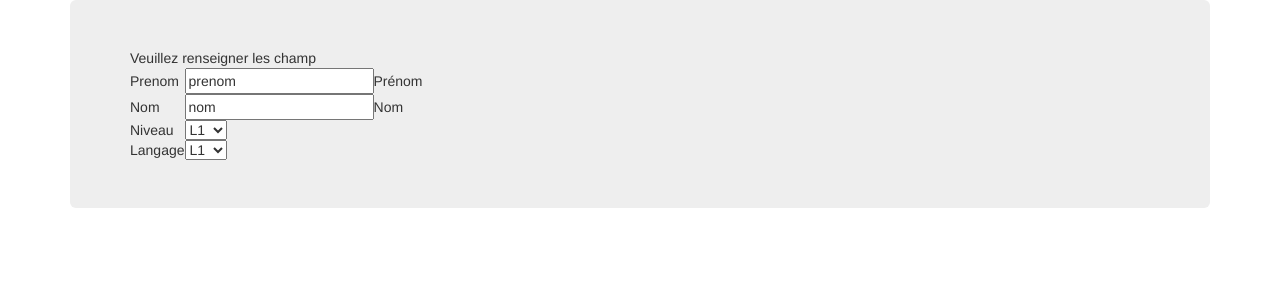
Repository: imouahrani/Gestion-des-stagiaires_JAVAEE
Page: http://localhost/Espace_Stagiaire/test3.jsp
An editor plug-in stored every save of this project. The page is shown before and after the next save, followed by the edit.
The browser window is 1280 px wide. The pictures show the whole page.
The page is served by Tomcat 9. Other server files are loaded and not shown.

Above is the page before, as saved 2018-07-31 13:29:54.

### Formation Java Entreprise Edition/Espace Stagiaire/WebContent/test3.jsp
<%@ page language="java" contentType="text/html; charset=UTF-8"
	pageEncoding="UTF-8"%>
<!DOCTYPE html PUBLIC "-//W3C//DTD HTML 4.01 Transitional//EN" "http://www.w3.org/TR/html4/loose.dtd">
<html lang="en">
  <head>
    <meta charset="utf-8">
    <meta http-equiv="X-UA-Compatible" content="IE=edge">
    <meta name="viewport" content="width=device-width, initial-scale=1">
    <!-- The above 3 meta tags *must* come first in the head; any other head content must come *after* these tags -->
    <title>Bootstrap 101 Template</title>

    <!-- Bootstrap -->
    <link href="Assest/css/bootstrap.min.css" rel="stylesheet">

    <!-- HTML5 shim and Respond.js for IE8 support of HTML5 elements and media queries -->
    <!-- WARNING: Respond.js doesn't work if you view the page via file:// -->
    <!--[if lt IE 9]>
      <script src="https://oss.maxcdn.com/html5shiv/3.7.3/html5shiv.min.js"></script>
      <script src="https://oss.maxcdn.com/respond/1.4.2/respond.min.js"></script>
    <![endif]-->
  </head>
  <body>
   <div class="container">
   <div class="jumbotron">
	<form action="">
	<caption>Veuillez renseigner les champ</caption>
		<table>

			<tr>

				<td>Prenom</td>
				<td><input type="text" name="prenom" value="prenom">Prénom</td>
			</tr>

			<tr>

				<td>Nom</td>
				<td><input type="text" name="nom" value="nom">Nom</td>
			</tr>
			<tr>

				<td>Niveau</td>
				<td>


					<select name="niveau" value="niveau">

						 						<option>L1</option>
						 						<option>L2</option>
												<option>L3</option>
												<option>M1</option>


					</select>


				</td>
			</tr>
			<tr>

				<td>Langage</td>
				<td>


					<select name="langage" value="langage">

						 						<option>L1</option>
						 						<option>L2</option>
												<option>L3</option>
												<option>M1</option>


					</select>


				</td>
			</tr>





		</table>



	</form>


    <!-- jQuery (necessary for Bootstrap's JavaScript plugins) -->
    <script src="https://ajax.googleapis.com/ajax/libs/jquery/1.12.4/jquery.min.js"></script>
    <!-- Include all compiled plugins (below), or include individual files as needed -->
    <script src="cjs/bootstrap.min.js"></script>
    </div>
    </div>
  </body>
</html>

Loaded but not shown: Formation Java Entreprise Edition/Espace Stagiaire/WebContent/Assets/css/bootstrap.min.css (library); Formation Java Entreprise Edition/Espace Stagiaire/WebContent/Assets/js/bootstrap.min.js (library)

After the next save:
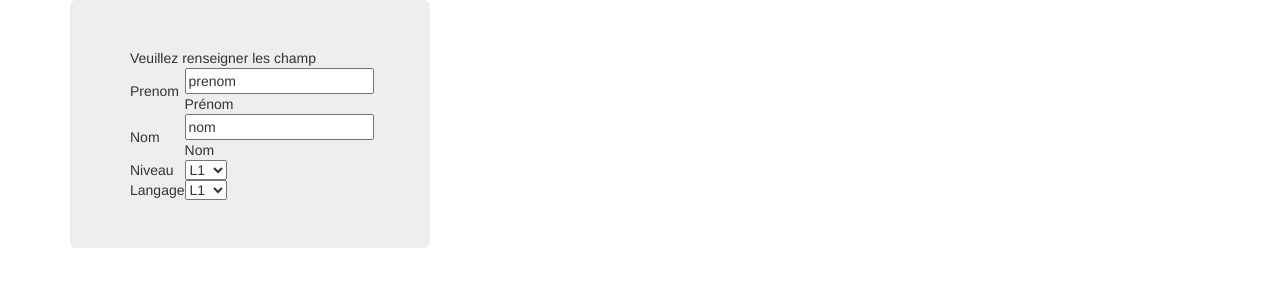
Saved 71 s later.
--- a/Formation Java Entreprise Edition/Espace Stagiaire/WebContent/test3.jsp
+++ b/Formation Java Entreprise Edition/Espace Stagiaire/WebContent/test3.jsp
@@ -21,6 +21,8 @@
   </head>
   <body>
    <div class="container">
+   <div class ="row">
+   <div class ="col-md-4">
    <div class="jumbotron">
 	<form action="">
 	<caption>Veuillez renseigner les champ</caption>
@@ -93,5 +95,7 @@
     <script src="cjs/bootstrap.min.js"></script>
     </div>
     </div>
+    </div>
+    </div>
   </body>
 </html>
